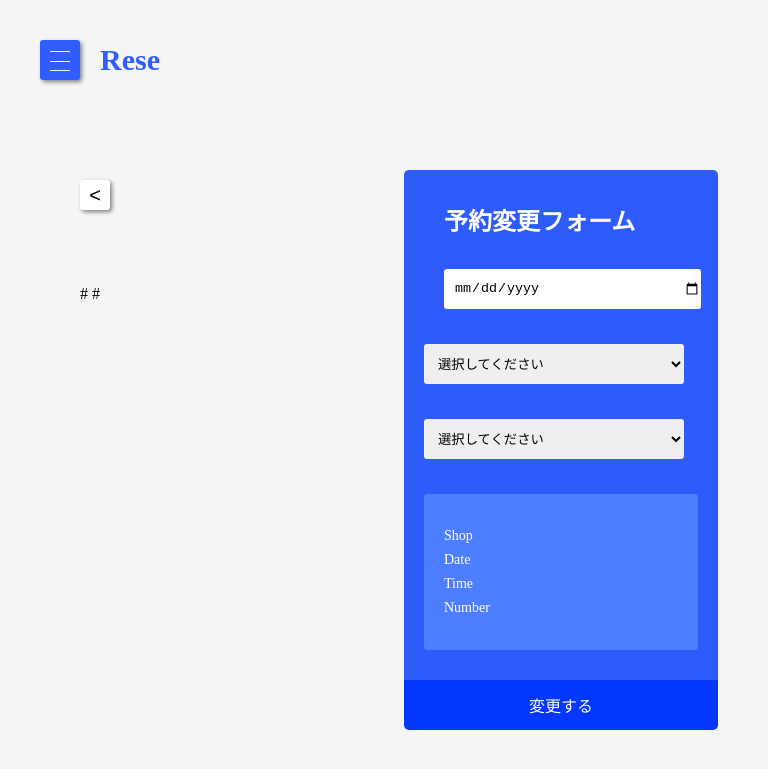
Repository: Haruka-Wada/Rese
Page: src/resources/views/edit.blade.php
These files come from the project's save history. The page is drawn as it stood at one moment and after the next save; the edit follows.
The browser window is 768 px wide. The pictures show the whole page.
The page is served by the project's Laravel application, run on PHP 8.4 with Laravel 8. The template is opened directly, without the code that normally fills it, so the values that code supplies are empty.

Above is the page before, as saved 2024-11-19 15:43:57.

After the next save:
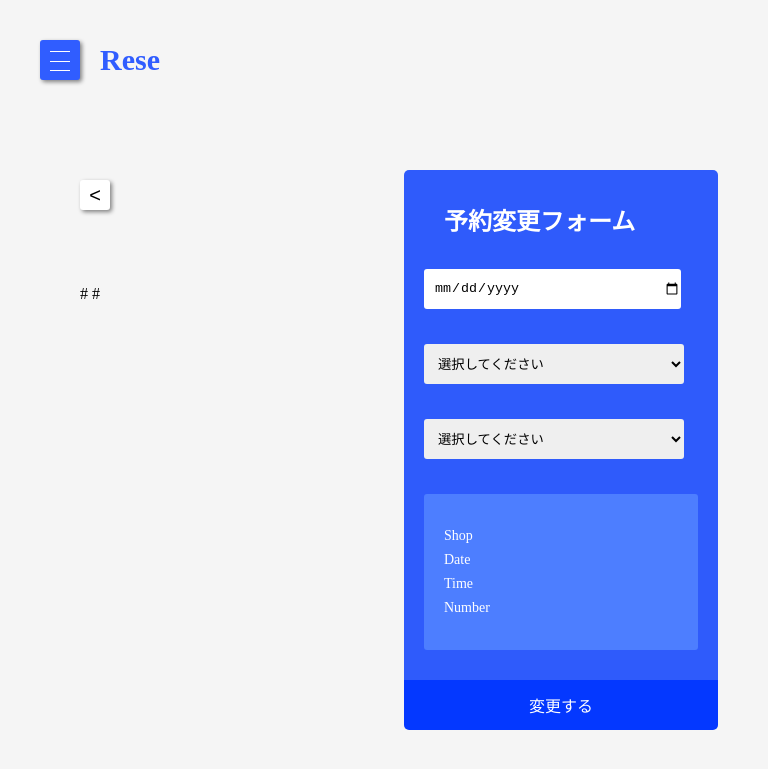
Saved 14 s later.
--- a/src/public/css/edit.css
+++ b/src/public/css/edit.css
@@ -171,7 +171,7 @@
 
     .reservation__date {
         width: 90%;
-        margin: ;
+        margin: 15px 0;
     }
 
     .reservation__time, .reservation__number {
